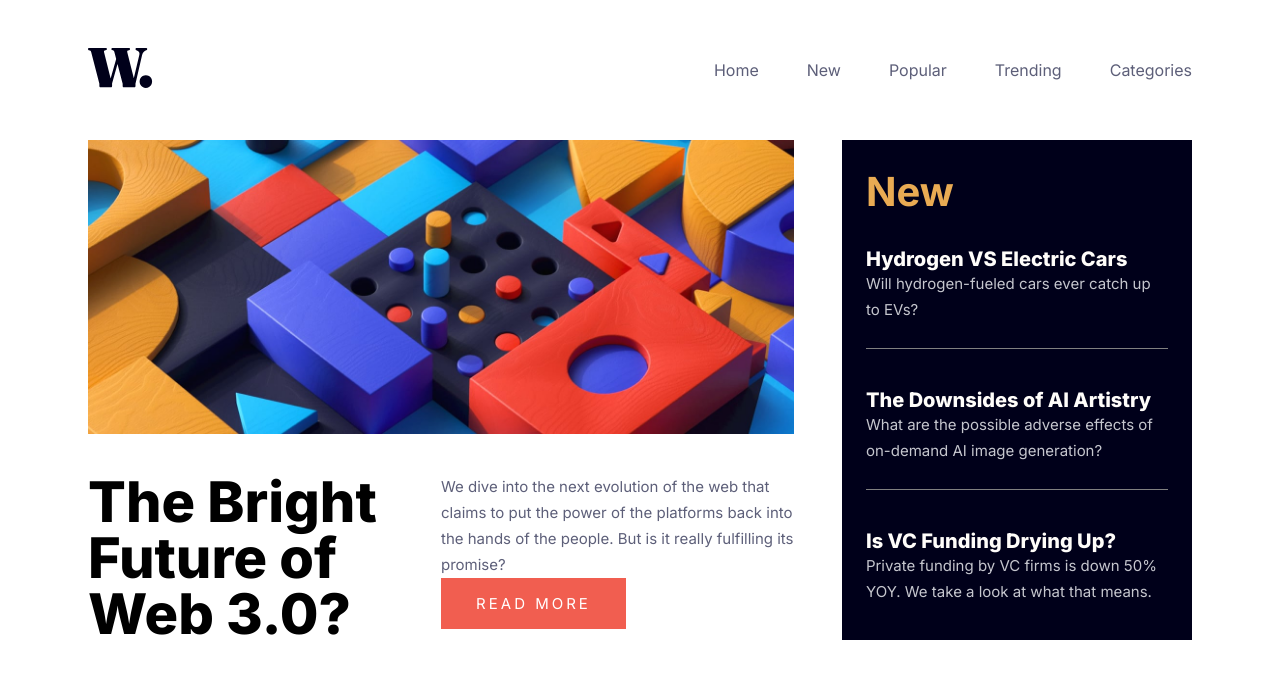
Repository: DevAntonioRogers/FrontendMentor-News-Homepage
Page: index.html
An editor plug-in stored every save of this project. The page is shown before and after the next save, followed by the edit.
The browser window is 1280 px wide. The pictures show the whole page.

Above is the page before, as saved 2023-04-21 12:54:18.

After the next save:
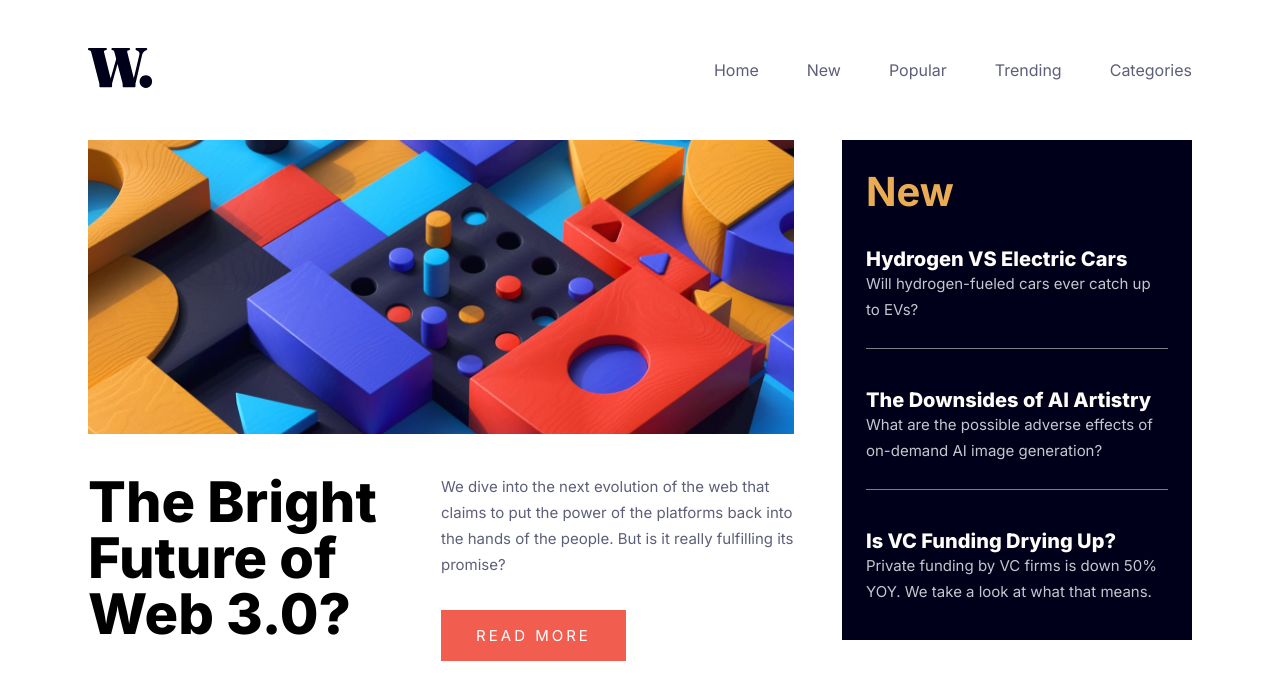
Saved 26 s later.
--- a/styles.css
+++ b/styles.css
@@ -81,6 +81,7 @@
 .hero-article div{
   display: flex;
   flex-direction: column;
+  gap: 2rem;
   flex: 1;
 }
 

After the save that followed:
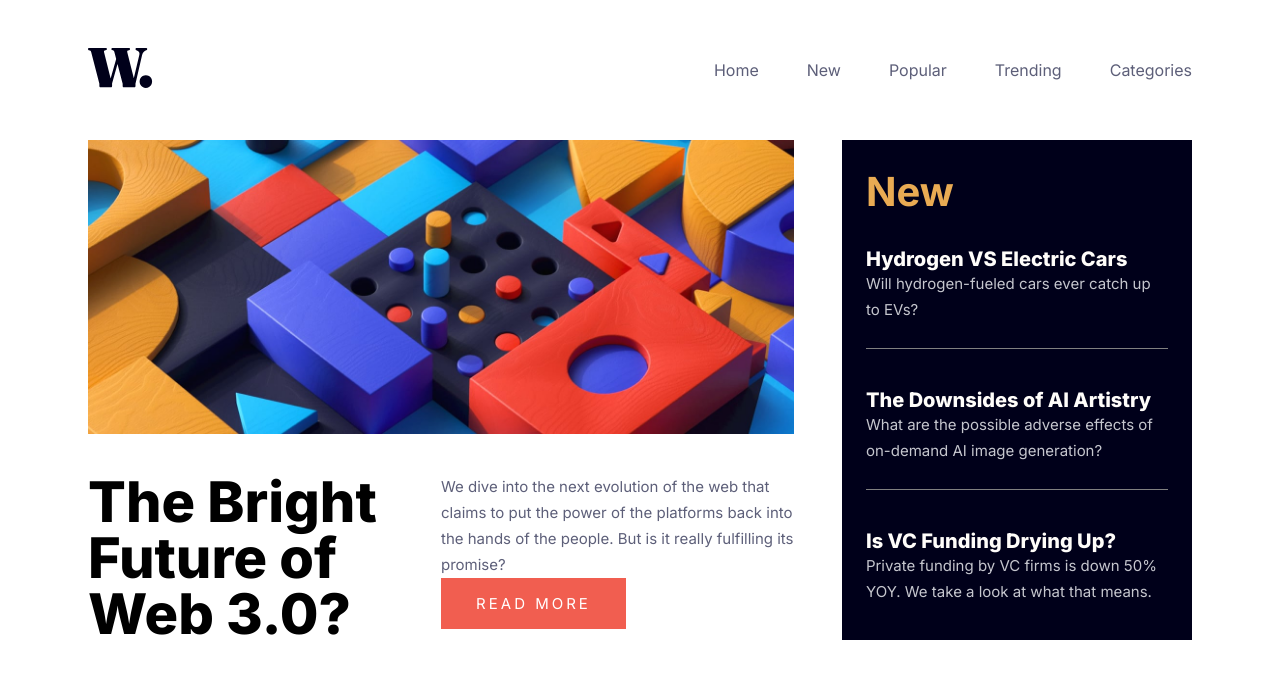
Saved 8 s later.
--- a/styles.css
+++ b/styles.css
@@ -81,7 +81,6 @@
 .hero-article div{
   display: flex;
   flex-direction: column;
-  gap: 2rem;
   flex: 1;
 }
 
